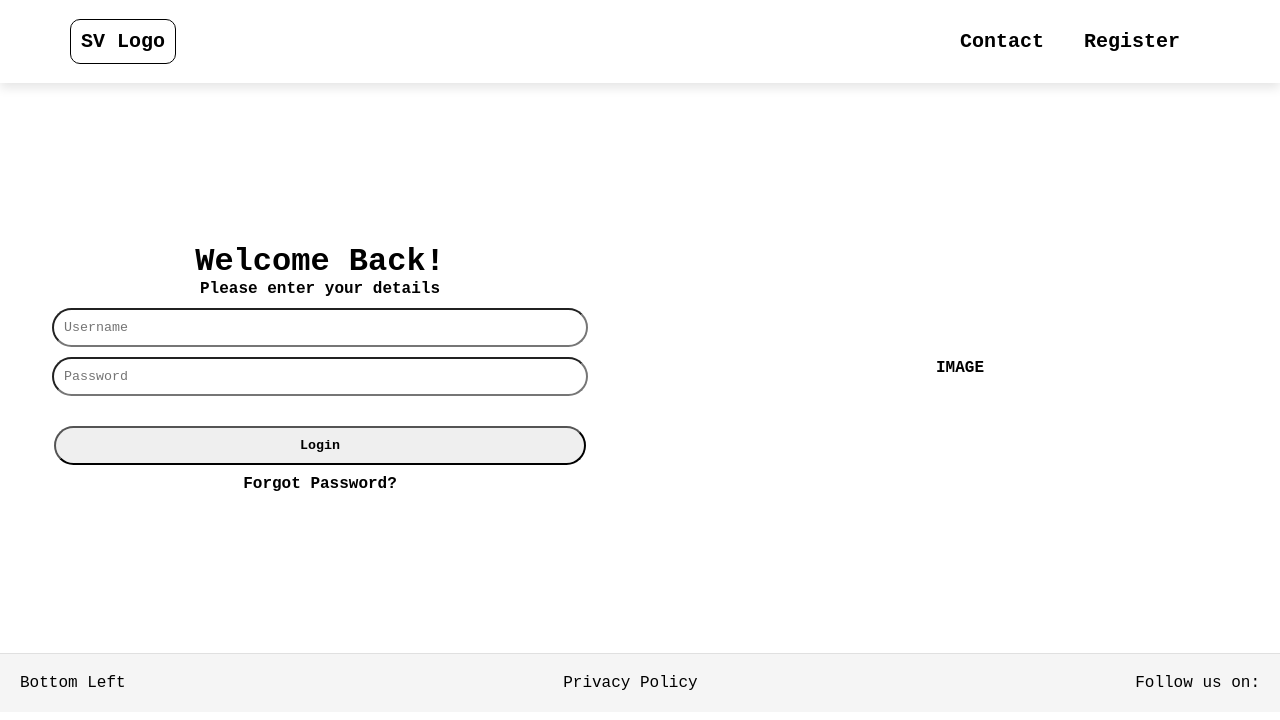
Repository: BuddhimaB/SecureVisionAI
Page: / (app in client/)
An editor plug-in stored every save of this project. The page is shown before and after the next save, followed by the edit.
The browser window is 1280 px wide. The pictures show the whole page.
The project was rebuilt for these pictures with package versions that can differ from the ones it lists, and the page was loaded fresh each time.

Above is the page before, as saved 2024-07-13 19:47:26.

After the next save:
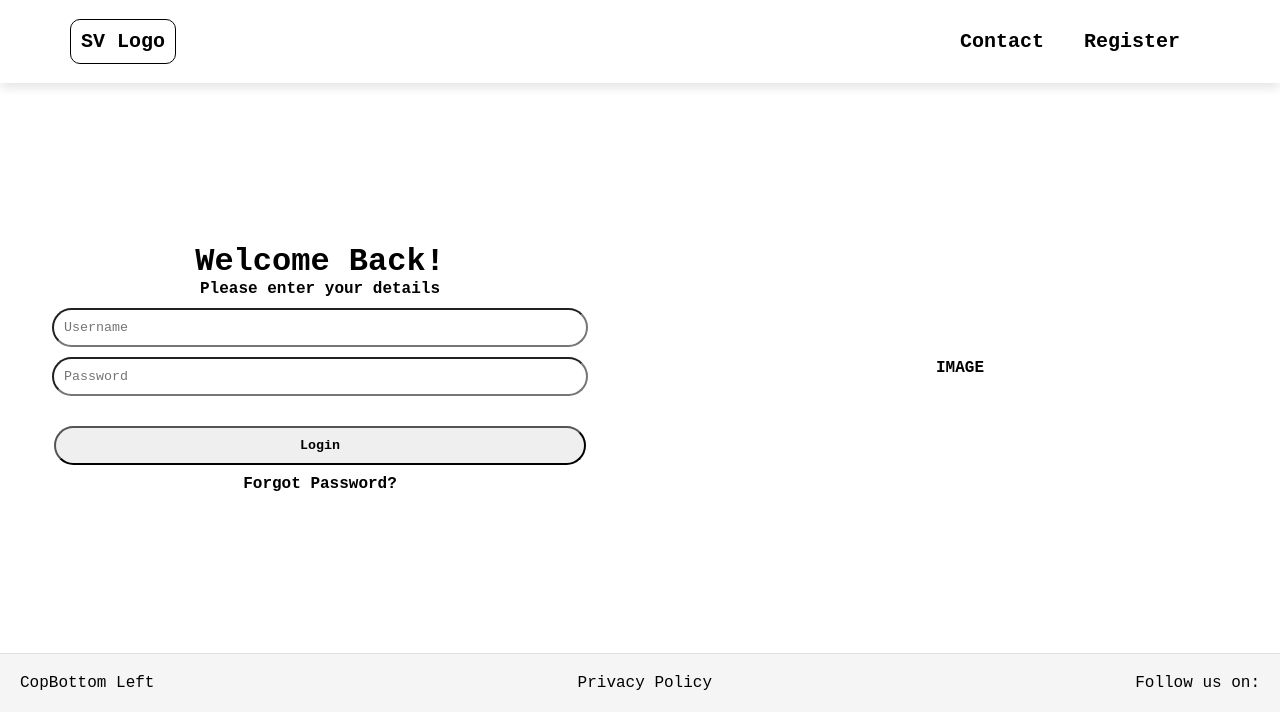
Saved 5 s later.
--- a/client/src/components/BottomDetails/Bottom.jsx
+++ b/client/src/components/BottomDetails/Bottom.jsx
@@ -5,7 +5,7 @@
   return (
     <div className='bottomContainer'>
         <div className='bottomLeft'>
-
+            Cop
             <span>Bottom Left</span>
         </div>
         <div className='bottomCenter'>

After the save that followed:
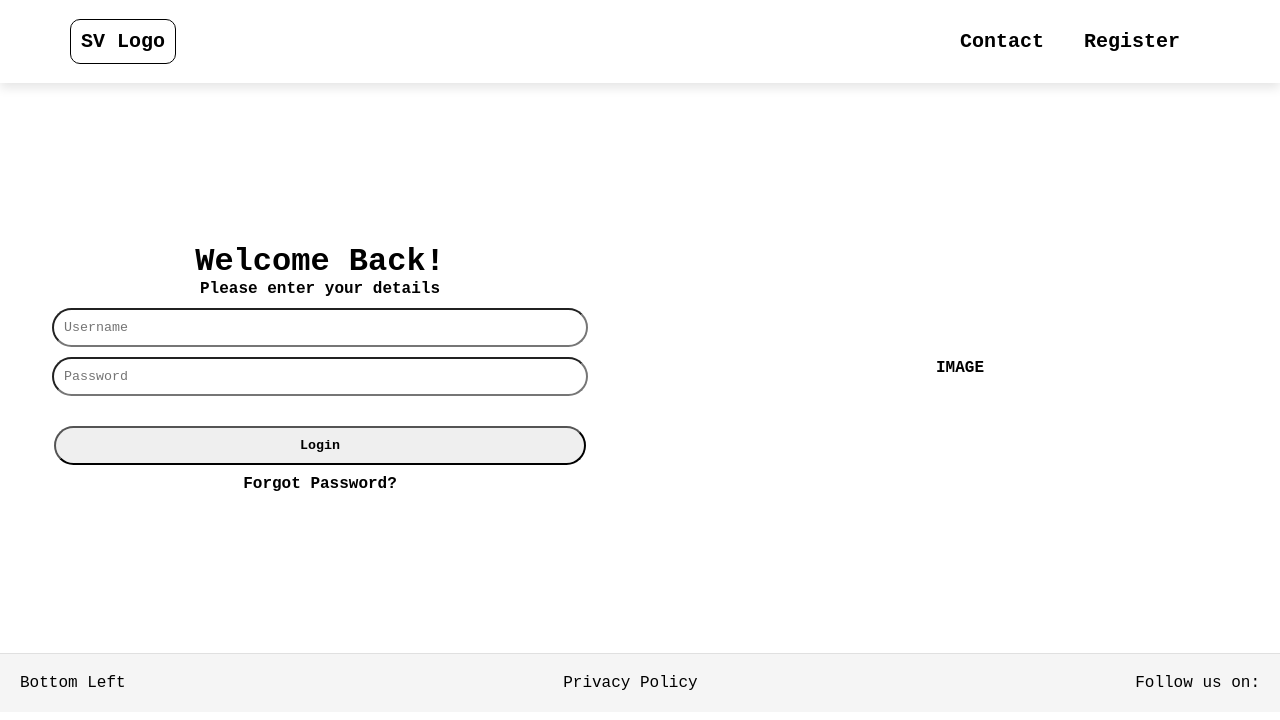
Saved 2 s later.
--- a/client/src/components/BottomDetails/Bottom.jsx
+++ b/client/src/components/BottomDetails/Bottom.jsx
@@ -5,7 +5,7 @@
   return (
     <div className='bottomContainer'>
         <div className='bottomLeft'>
-            Cop
+
             <span>Bottom Left</span>
         </div>
         <div className='bottomCenter'>
